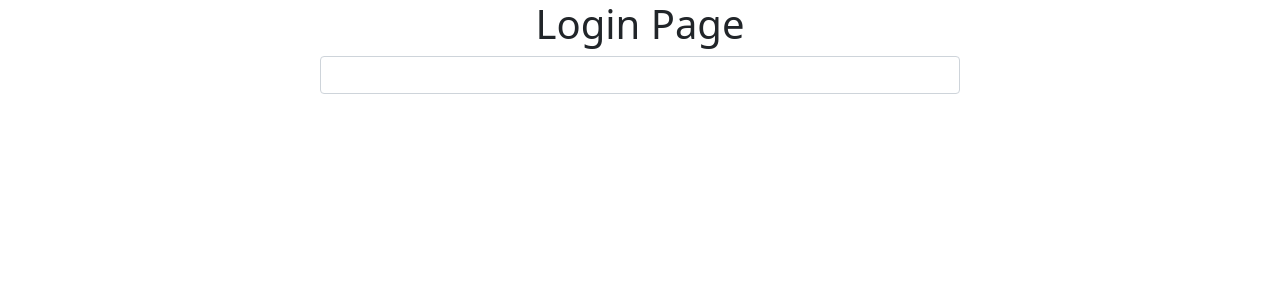
Repository: becoderpavy/servlet_tutorials
Page: 3_RequestDispatch_Example/src/main/webapp/login.html
The author's editor kept a copy of each file at every save. The page is drawn from the files as they stood at one save, then again after the next save.
The browser window is 1280 px wide. The pictures show the whole page.

Above is the page before, as saved 2023-06-09 16:42:07.

After the next save:
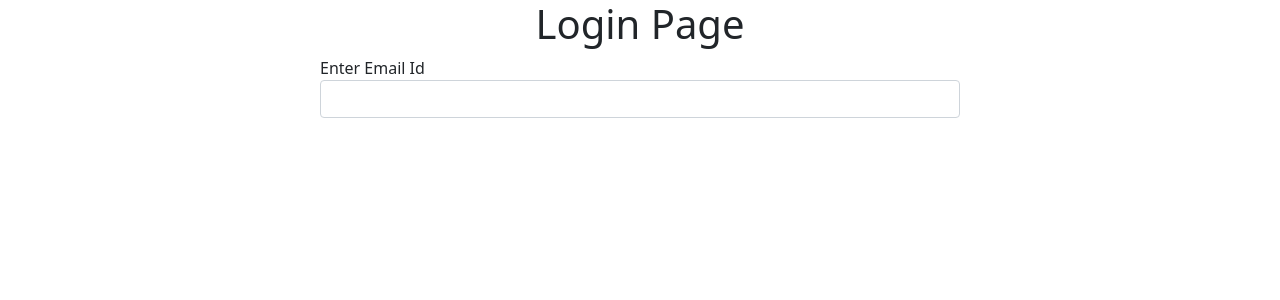
Saved 16 s later.
--- a/3_RequestDispatch_Example/src/main/webapp/login.html
+++ b/3_RequestDispatch_Example/src/main/webapp/login.html
@@ -13,7 +13,8 @@
 	<h1 class="text-center">Login Page</h1>
 	<div class=" col-md-6 offset-md-3">
 		<form>
-			<input type="text" name="email" class="form-control">
+			<label>Enter Email Id</label> <input type="text" name="email"
+				class="form-control">
 		</form>
 
 	</div>
